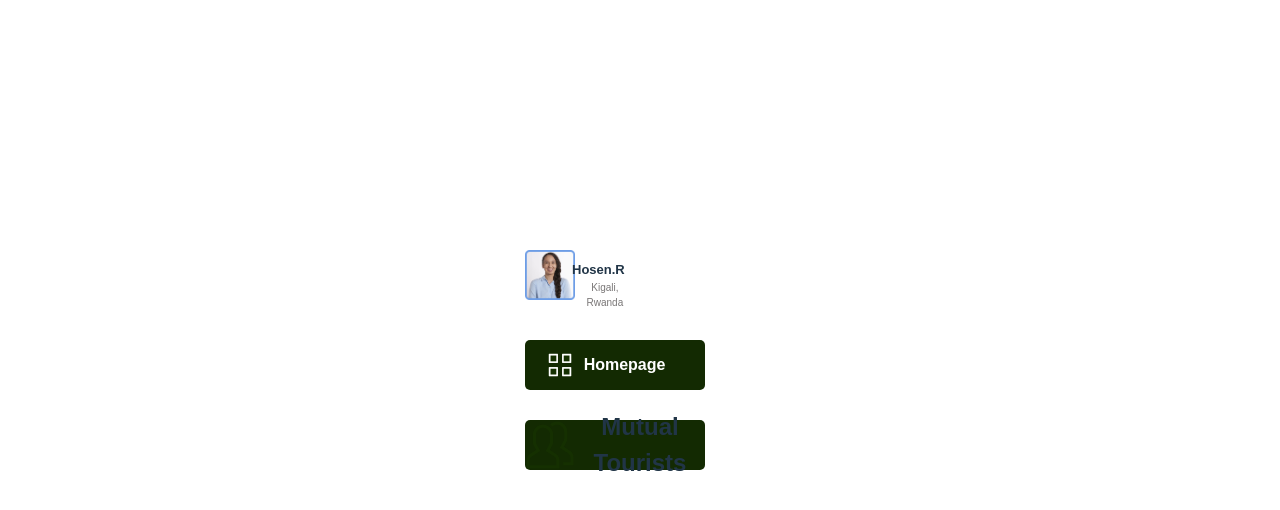
Repository: Auda-frontend/Kenshikeza
Page: /
These files come from the project's save history. The page is drawn as it stood at one moment and after the next save; the edit follows.
The browser window is 1280 px wide. The pictures show the whole page.
The project was rebuilt for these pictures with package versions that can differ from the ones it lists, and the page was loaded fresh each time. Also part of the build but not shown: vite.config.js.

Above is the page before, as saved 2024-01-25 09:56:43.

### src/App.jsx
import './App.css'
import SideBar from './Components/SideBar'

function App() {
  return (
    <div>
      <SideBar />
    </div>
  )
}

export default App

### src/Components/SideBar.jsx
import React from "react";
import Profile from "../assets/Rectangle 79.png";
import './SideBar.css';
import HomeIcon from "../assets/ep_menu.png";
import MutualTourists from "../assets/cil_group.png";

function SideBar() {
  return (
    <div className="container">
    <div className="leftSide">
<div className="profile">
      <img src={Profile} alt="Profile photo" className="profilePhoto" />
      <div className="desc">
      <h2 className="names">Hosen.R</h2>
      <p>Kigali, Rwanda</p>
      </div>
      </div>
      <div className="homepage">
        <img src={HomeIcon} alt="Menu icon" className="homeIcon" />
        <h2>Homepage</h2>
      </div>
      <div className="mutual">
        <img src={MutualTourists} alt="Menu icon" className="groupIcon" />
        <h2>Mutual Tourists</h2>
      </div>
    </div>
    </div>
  );
}

export default SideBar;

### src/Components/SideBar.css
*{
    margin: 0;
    padding: 0;
    box-sizing: border-box;
    font-family: sans-serif;
}
.container{
    padding: 0;
}
.leftSide{
    display: flex;
    max-width: 25%;
    max-height: 100%;
    flex-direction: column;
    gap: 30px;
    margin-left: -50px;
}
.leftSide .profilePhoto{
    float: left;
    width: 50px;
    height: 50px;
    /* margin-left: -50px; */
    margin-right: 10px;
}
.profile{
    display: flex;
    flex-direction: row;
}
.desc{
    display: table-column;
    align-items: center;
    padding-top: 10px;
    /* padding: 5px;
    background-color: aqua; */
}
.desc .names{
    font-size: small;
    margin-left: -13px;
}
.desc p{
    font-size: x-small;
    color: rgb(121, 118, 118)
}
.homepage{
background-color: #132A02;
width: 180px;
height: 50px;
display: flex;
align-items: center;
border-radius: 5px;
justify-content: space-around;
/* margin-left: -55px; */
}
.homepage .homeIcon{
    width: 30px;
    float: left;
    margin-left: -20px;
}
.homepage h2{
    color: white;
    font-size: medium;
    margin-left: -70px;
}
.mutual{
background-color: #132A02;
width: 180px;
height: 50px;
display: flex;
align-items: center;
border-radius: 5px;
justify-content: space-around;
}

Loaded but not shown: index.html (common file); src/main.jsx (common file); src/index.css (common file); src/App.css (common file)

After the next save:
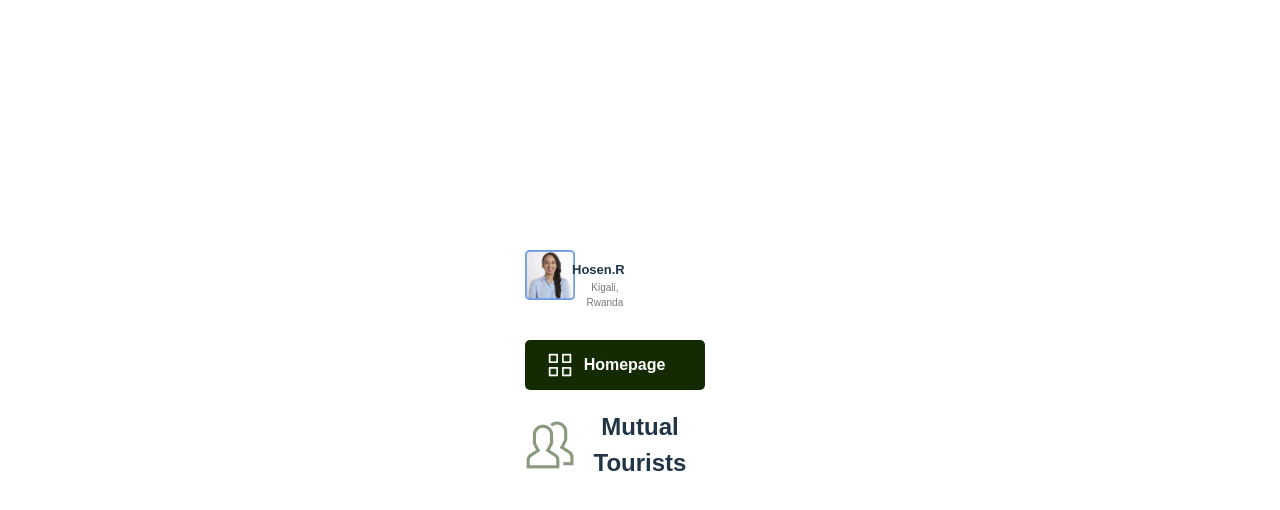
Saved 7 s later.
--- a/src/Components/SideBar.css
+++ b/src/Components/SideBar.css
@@ -62,7 +62,7 @@ justify-content: space-around;
     margin-left: -70px;
 }
 .mutual{
-background-color: #132A02;
+background-color: #fff;
 width: 180px;
 height: 50px;
 display: flex;
